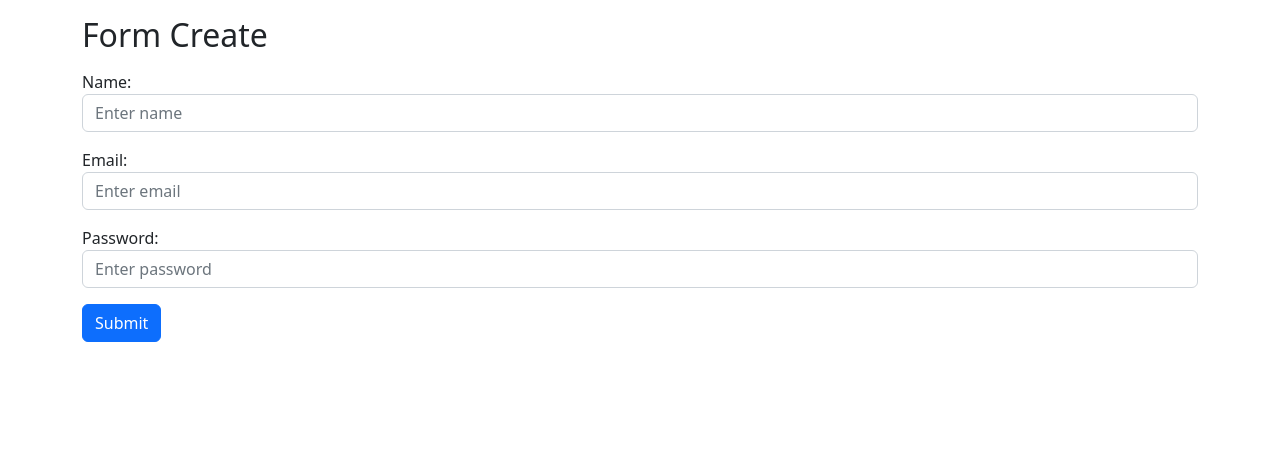
Repository: HoangLinh2001/PHP
Page: http://localhost/create_employee.php
An editor plug-in stored every save of this project. The page is shown before and after the next save, followed by the edit.
The browser window is 1280 px wide. The pictures show the whole page.
The page is run by PHP 8.4 with error messages shown; the project is at /var/www/html/.

Above is the page before, as saved 2023-06-21 15:03:02.

### DEMOPHPBUOI2/create_employee.php
<!DOCTYPE html>
<html lang="en">
<head>
  <title>Bootstrap Example</title>
  <meta charset="utf-8">
  <meta name="viewport" content="width=device-width, initial-scale=1">
  <link href="https://cdn.jsdelivr.net/npm/bootstrap@5.2.3/dist/css/bootstrap.min.css" rel="stylesheet">
  <script src="https://cdn.jsdelivr.net/npm/bootstrap@5.2.3/dist/js/bootstrap.bundle.min.js"></script>
</head>
<body>
<?php
  require_once('connectdb.php');
  $name = $email = $password = "";
  $nameError = "";
  $emailError = "";
  $passwordError = "";
  if($_SERVER["REQUEST_METHOD"] === "POST"){
    if(empty($_POST['name'])){
        $nameError = "name is required";
    }else{
        $name = $_POST['name'];
    }
    if(empty($_POST['email'])){
        $emailError = "email is required";
    }else{
        $email = $_POST['email'];
        if(!filter_var($email,FILTER_VALIDATE_EMAIL)){
            $emailError = "Invalid email format";
        }
    }
    if(empty($_POST['password'])){
        $passwordError = "password is required";
    }else{
        $password = $_POST['password'];
    }
    //insert into mysql
    if(empty($nameError) && empty($emailError) && empty($passwordError)){
        $createQuery = "INSERT INTO emptb(name,email,password) VALUES (?,?,?)";
        $stmt = $con->prepare($createQuery);
        $stmt->bind_param("sss",$name,$email,$password);
        $stmt->execute();
        $stmt->close();
        header("Location: list_employee.php");
        exit();
    }
  }

?>
<div class="container mt-3">
  <h2>Form Create</h2>
  <form method = "post">
  <div class="mb-3 mt-3">
      <label for="name">Name:</label>
      <input type="text" class="form-control" id="name" value="<?php echo $name ?>" placeholder="Enter name" name="name">
        <span class="text-danger"><?php echo $nameError?></span>
    </div>
    <div class="mb-3 mt-3">
      <label for="email">Email:</label>
      <input type="text" class="form-control" id="email" value="<?php echo $email ?>"  placeholder="Enter email" name="email">
      <span class="text-danger"><?php echo $emailError?></span>
    </div>
    <div class="mb-3">
      <label for="password">Password:</label>
      <input type="password" class="form-control" id="password" value="<?php echo $password ?>"  placeholder="Enter password" name="password">
      <span class="text-danger"><?php echo $passwordError?></span>
    </div>
    <button type="submit" class="btn btn-primary">Submit</button>
  </form>
</div>

</body>
</html>

### DEMOPHPBUOI2/connectdb.php
<?php
    $serverName = "localhost";
    $username = "root";
    $password = "";
    $dbname = "emdatabase";
    //create connection
    $con = new mysqli($serverName,$username,$password,$dbname);
    //check connection
    // if ($con -> connect_error) {
    //     die("connection failed: ".$con->connect_error);
    // }
    // echo "connect successfully !";
?>

After the next save:
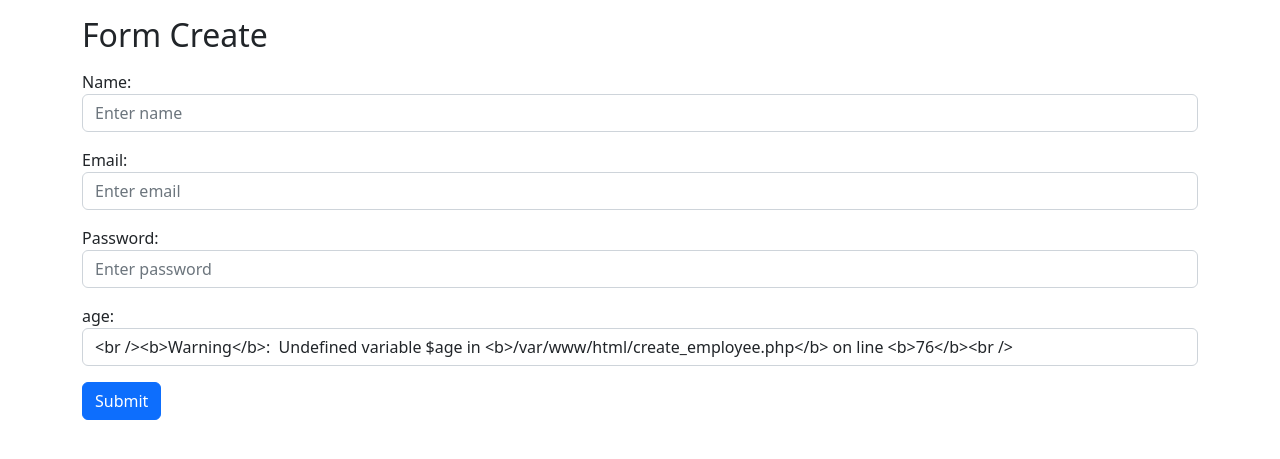
Saved 107 s later.
--- a/DEMOPHPBUOI2/create_employee.php
+++ b/DEMOPHPBUOI2/create_employee.php
@@ -14,6 +14,7 @@
   $nameError = "";
   $emailError = "";
   $passwordError = "";
+  $ageError = "";
   if($_SERVER["REQUEST_METHOD"] === "POST"){
     if(empty($_POST['name'])){
         $nameError = "name is required";
@@ -33,11 +34,17 @@
     }else{
         $password = $_POST['password'];
     }
+
+    if(empty($_POST['age'])){
+      $ageError = "age is required";
+    }else{
+      $age = $_POST['age'];
+    }
     //insert into mysql
     if(empty($nameError) && empty($emailError) && empty($passwordError)){
-        $createQuery = "INSERT INTO emptb(name,email,password) VALUES (?,?,?)";
+        $createQuery = "INSERT INTO emptb(name,email,password,age) VALUES (?,?,?,?)";
         $stmt = $con->prepare($createQuery);
-        $stmt->bind_param("sss",$name,$email,$password);
+        $stmt->bind_param("sss",$name,$email,$password,$age);
         $stmt->execute();
         $stmt->close();
         header("Location: list_employee.php");
@@ -64,6 +71,11 @@
       <input type="password" class="form-control" id="password" value="<?php echo $password ?>"  placeholder="Enter password" name="password">
       <span class="text-danger"><?php echo $passwordError?></span>
     </div>
+    <div class="mb-3">
+      <label for="age">age:</label>
+      <input type="age" class="form-control" id="age" value="<?php echo $age ?>"  placeholder="Enter age" name="age">
+      <span class="text-danger"><?php echo $ageError?></span>
+    </div>
     <button type="submit" class="btn btn-primary">Submit</button>
   </form>
 </div>
